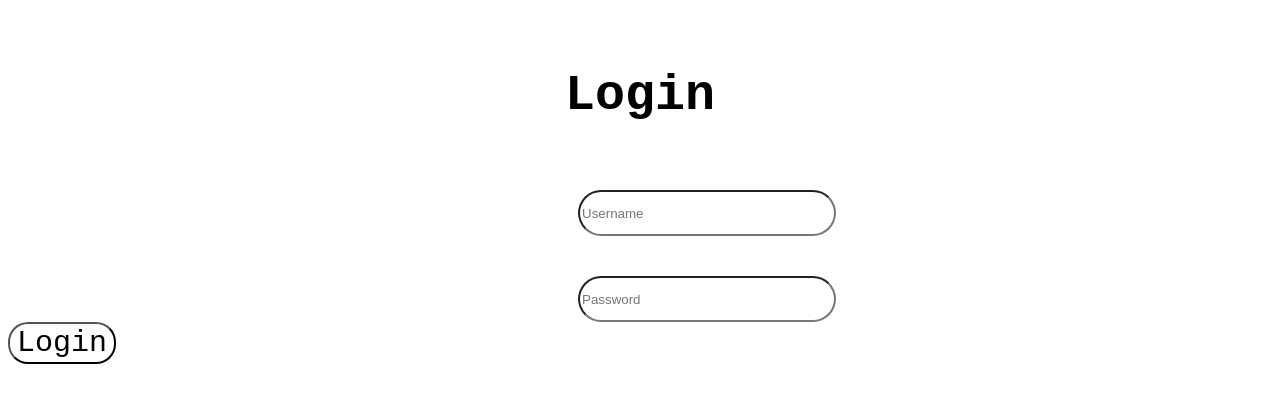
Repository: yhung004/TUTORIAL_PAGE
Page: log_in.html
These files come from the project's save history. The page is drawn as it stood at one moment and after the next save; the edit follows.
The browser window is 1280 px wide. The pictures show the whole page.

Above is the page before, as saved 2024-04-10 12:36:39.

### log_in.html
<!DOCTYPE html>
<html lang="en">
<head>
    <meta charset="UTF-8">
    <meta name="viewport" content="width=device-width, initial-scale=1.0">
    <title>Login</title>
    <link rel="stylesheet" href="main.css">
</head>
<body>
    <h4 class="login">Login</h4>
    <input type="text" placeholder="Username" class="username"> <br>
    <input type="text" placeholder="Password" class="password"> <br>
    <button class="button_in">
        Login
    </button>
</body>
</html>

### main.css
.welcome{
    text-align: center;
    font-family: 'Courier New', Courier, monospace;
    font-size: 30px;
    margin-top: 80px;
}
.welcome_text {
    margin-top: 20px;
    text-align:center;
    font-family: 'Courier New', Courier, monospace;
    font-size: 30px;
}
.button_a {
    position: relative;
    left: 580px;
    border: 1px solid black;
    background-color:white;
    border-radius: 30px;
    font-size: 40px;
    padding: 2px 18px 2px 18px;
    margin-top: 20px;
}
.button_b {
    position: relative;
    right: -600px;
    border : 1px solid black;
    border-radius: 40px;
    background-color: rgb(63, 60, 60);
    color:white;
    font-size: 40px;
    padding: 2px 7px 2px 7px;
    margin-top: 20px;
}
a.button_b1 {
    text-decoration: none;
    color:white;
}
a.button_a1 {
    text-decoration:none;
    color:black;
}
.login {
    text-align:center;
    font-size: 50px;
    font-family: monospace;
}
.username {
    position: relative;
    border-radius: 30px;
    left: 570px;
    width: 250px;
    height: 40px;
}
.password {
    position: relative;
    border-radius: 30px;
    left: 570px;
    width: 250px;
    height: 40px;
    margin-top: 40px;
}
.button_in {
    position: relative;
    background-color:white;
    color: black;
    font-size: 30px;
    font-family: monospace;
    border-radius: 20px;
    padding: 2px 7px 2px 7px;

}

After the next save:
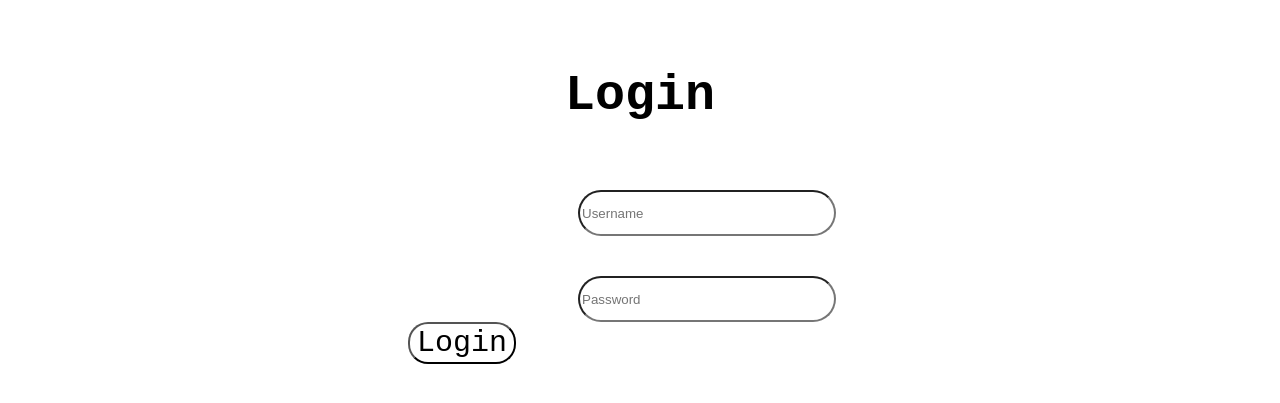
Saved 10 s later.
--- a/main.css
+++ b/main.css
@@ -61,6 +61,7 @@ a.button_a1 {
 }
 .button_in {
     position: relative;
+    left: 400px;
     background-color:white;
     color: black;
     font-size: 30px;
